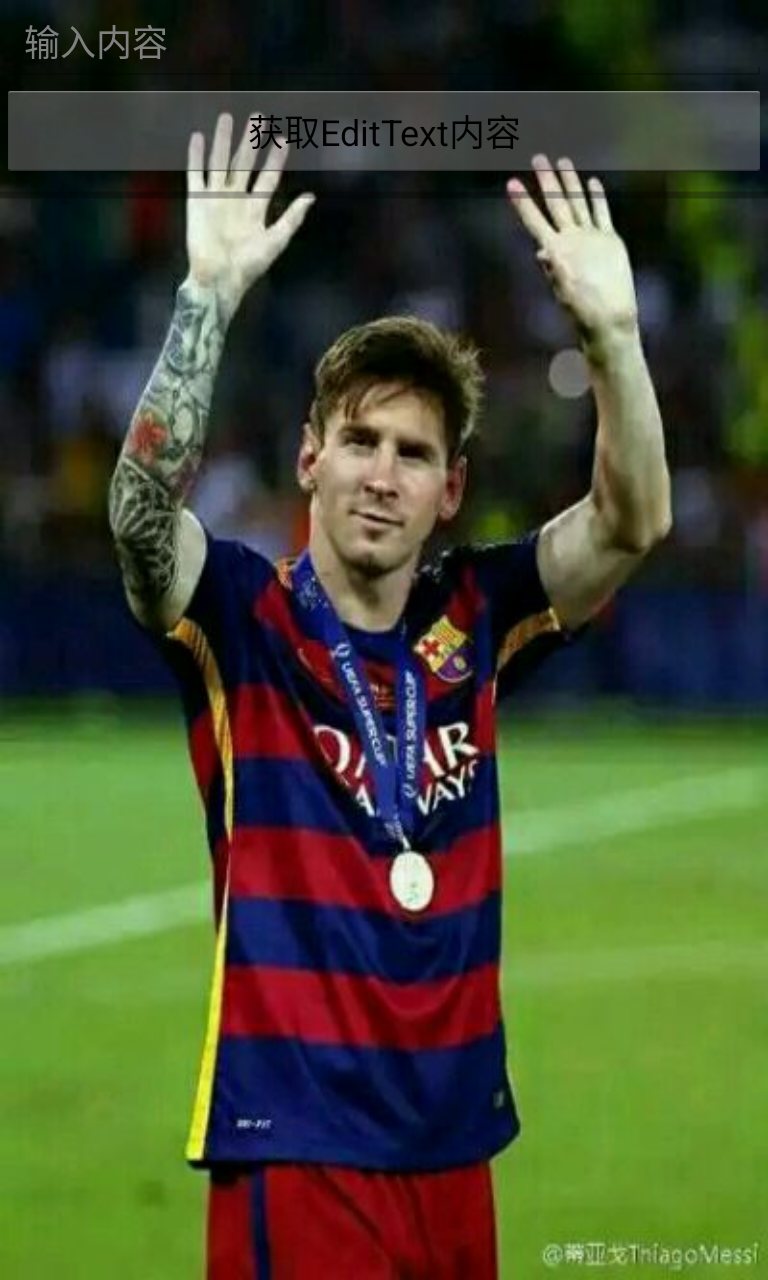
Repository: liujianpc/AndroidStudy
Layout: TestUI/res/layout/activity_main.xml
The author's editor kept a copy of each file at every save. The layout is drawn from the files as they stood at one save, then again after the next save.
It is drawn on a 768 x 1280 px phone screen (xhdpi) without system bars, with theme AppTheme; the app's code is not run.

Above is the layout before, as saved 2016-07-11 08:45:18.

### TestUI/res/layout/activity_main.xml
<?xml version="1.0" encoding="utf-8"?>
<LinearLayout xmlns:android="http://schemas.android.com/apk/res/android"
    android:id="@+id/linearLayout"
    android:layout_width="match_parent"
    android:layout_height="match_parent"
    android:orientation="vertical"
    android:background="@drawable/messi"
    >

    <EditText
        android:id="@+id/edit_text"
        android:layout_width="match_parent"
        android:layout_height="wrap_content"
        android:hint="@string/hint"
        />
	<Button
	    android:id="@+id/button_1"
	    android:layout_width="match_parent"
	    android:layout_height="wrap_content"
	    android:text="@string/button_1"
	    />
	<ProgressBar
	    android:id="@+id/HprogressBar"
	    android:layout_width="match_parent"
	    android:layout_height="wrap_content"
	    style="?android:attr/progressBarStyleHorizontal"
	    />

</LinearLayout>

### TestUI/res/values/strings.xml
<?xml version="1.0" encoding="utf-8"?>
<resources>

    <string name="app_name">TestUI</string>
    <string name="hello_world">Hello world!</string>
    <string name="action_settings">Settings</string>
    <string name="hint">输入内容</string>
    <string name="button_1">获取EditText内容</string>
    <string name="action_exit">退出</string>
    <string name="action_start">开始</string>
    <string name="title_activity_second">SecondActivity</string>

</resources>

Loaded but not shown: TestUI/res/values/styles.xml (common file); TestUI/res/values-v11/styles.xml (common file); TestUI/res/values-v14/styles.xml (common file)

After the next save:
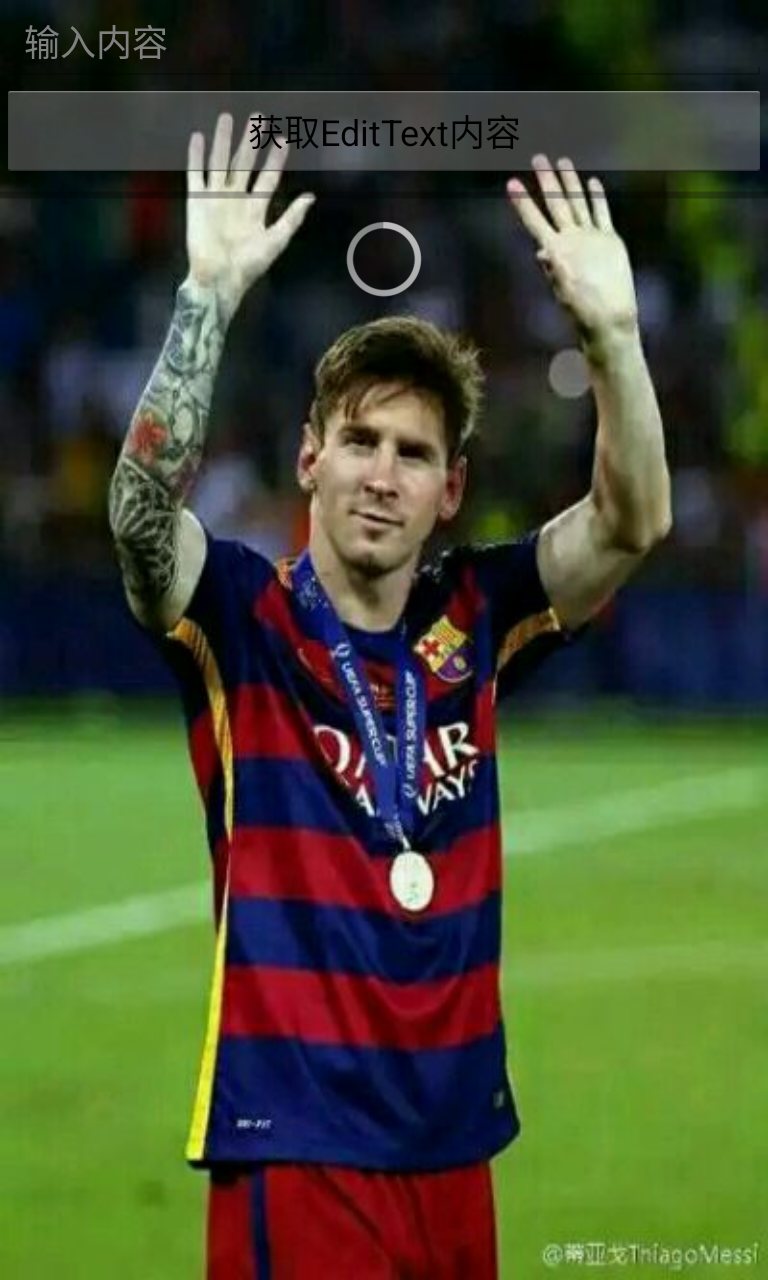
Saved 24 s later.
--- a/TestUI/res/layout/activity_main.xml
+++ b/TestUI/res/layout/activity_main.xml
@@ -25,5 +25,12 @@
 	    android:layout_height="wrap_content"
 	    style="?android:attr/progressBarStyleHorizontal"
 	    />
+	<ProgressBar
+	    android:id="@+id/RprogressBar"
+	    android:layout_width="match_parent"
+	    android:layout_height="wrap_content"
+
+	    />
+
 
 </LinearLayout>
